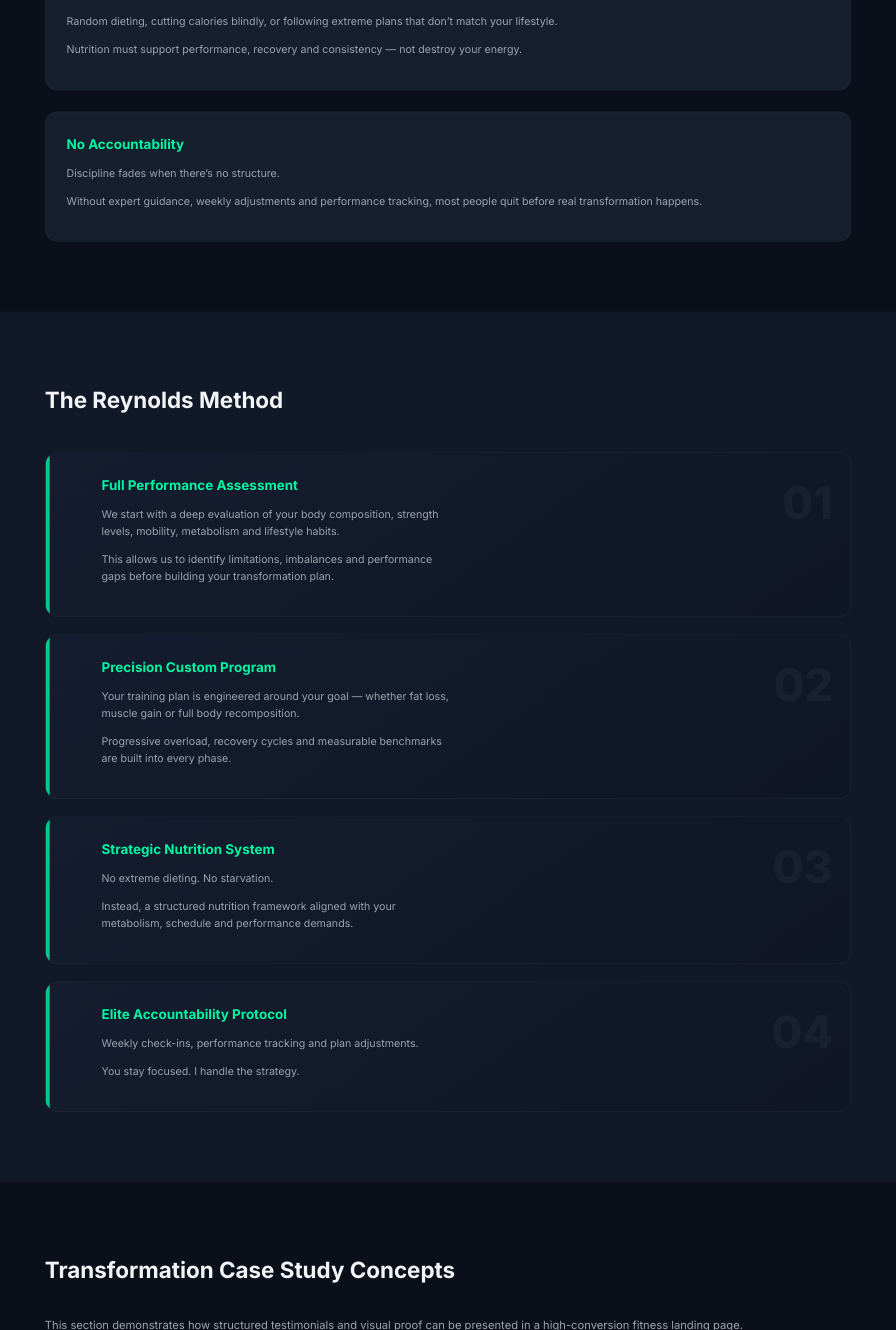
Repository: davidfsillva/Landing-page-pro
Page: index.html
An editor plug-in stored every save of this project. The page is shown before and after a run of saves, followed by the edit.
The browser window is 1280 px wide. The pictures show the part of the page from y = 1226 to 3126 px (the page is 6380 px tall before and 5344 px after), at 70% of full size.
A picture or video elsewhere on the page could not be fetched, so the positions and the page height are approximate.

Above is the page before, as saved 2026-02-26 17:11:54.
Not found: img/athlete-3.webp

### index.html
<!DOCTYPE html>
<html lang="en">
<head>
    <!-- ================= BASIC META ================= -->
    <meta charset="UTF-8">
    <meta name="viewport" content="width=device-width, initial-scale=1.0, maximum-scale=5.0">
    <meta name="robots" content="index, follow">
    <link rel="canonical" href="https://www.lucasreynolds.com">

    <!-- ================= SEO ================= -->
    <title>Lucas Reynolds | Elite Personal Trainer</title>
    <meta name="description" content="Elite personal training focused on fat loss, muscle building and peak performance. Customized programs, strategic nutrition and real accountability. Book your free fitness consultation today.">

    <!-- ================= OPEN GRAPH ================= -->
    <meta property="og:title" content="Lucas Reynolds | Transform Your Body in 90 Days">
    <meta property="og:description" content="Personalized training programs with proven results. Limited spots available.">
    <meta property="og:type" content="website">
    <meta property="og:image" content="https://placehold.co/1200x630/0B1020/00FF99?text=LUCAS+REYNOLDS">
    <meta property="og:url" content="https://www.lucasreynolds.com">
    <meta name="twitter:card" content="summary_large_image">

    <!-- FONTS -->
    <link rel="preconnect" href="https://fonts.googleapis.com">
    <link href="https://fonts.googleapis.com/css2?family=Inter:wght@300;400;600;700;800&display=swap" rel="stylesheet">

    <link rel="stylesheet" href="style.css">
</head>

<body>

<header class="header">
  <div class="container header-flex">
      <div class="logo">LUCAS REYNOLDS</div>

      <button class="menu-toggle" id="menuToggle">☰</button>

      <nav class="nav" id="nav">
        <a href="#home">Home</a>
        <a href="#about">About</a>
        <a href="#method">Method</a>
        <a href="#results">Results</a>
        <a href="#contact" class="nav-cta">Book Call</a>
      </nav>
  </div>
</header>

<main>

<!-- HERO -->
<section id="home" class="hero">
    <div class="hero-overlay"></div>

    <div class="container hero-grid">

        <div class="hero-content">
            <div class="hero-badge">
                Trusted by 320+ Clients Worldwide
            </div>

            <h1>
                BUILD YOUR ELITE BODY
                <span>IN 90 DAYS.</span>
            </h1>

            <p>
                High-performance coaching for ambitious men who want visible results,
                structured training and real accountability.
            </p>

            <div class="hero-buttons">
                <a href="#contact" class="btn btn-primary">
                    Book Free Strategy Call
                </a>
            </div>

            <div class="hero-proof">
                <div>
                    <strong>320+</strong>
                    <small>Transformations</small>
                </div>

                <div>
                    <strong>8+ Years</strong>
                    <small>Experience</small>
                </div>
            </div>
        </div>

    </div>
</section>

<!-- ABOUT -->
<section id="about" class="section">
    <div class="container">
        <h2>Why Most People Fail</h2>

        <div class="grid-3">

            <div class="card">
                <h3>Generic Workouts</h3>
                <p>
                    Most programs are copied from the internet and built for everyone —
                    which means they’re built for no one.
                </p>
                <p>
                    Without personalization, your body doesn’t respond the way it should.
                    Progress slows. Motivation drops.
                </p>
            </div>

            <div class="card">
                <h3>Poor Nutrition</h3>
                <p>
                    Random dieting, cutting calories blindly, or following extreme plans
                    that don’t match your lifestyle.
                </p>
                <p>
                    Nutrition must support performance, recovery and consistency —
                    not destroy your energy.
                </p>
            </div>

            <div class="card">
                <h3>No Accountability</h3>
                <p>
                    Discipline fades when there’s no structure.
                </p>
                <p>
                    Without expert guidance, weekly adjustments and performance tracking,
                    most people quit before real transformation happens.
                </p>
            </div>

        </div>
    </div>
</section>

<!-- METHOD -->
<section id="method" class="section section-dark">
    <div class="container">
        <h2>The Reynolds Method</h2>

        <div class="method-list">

            <div class="method-item" data-step="01">
                <strong>Full Performance Assessment</strong>
                <p>
                    We start with a deep evaluation of your body composition,
                    strength levels, mobility, metabolism and lifestyle habits.
                </p>
                <p>
                    This allows us to identify limitations, imbalances and
                    performance gaps before building your transformation plan.
                </p>
            </div>

            <div class="method-item" data-step="02">
                <strong>Precision Custom Program</strong>
                <p>
                    Your training plan is engineered around your goal —
                    whether fat loss, muscle gain or full body recomposition.
                </p>
                <p>
                    Progressive overload, recovery cycles and measurable benchmarks
                    are built into every phase.
                </p>
            </div>

            <div class="method-item" data-step="03">
                <strong>Strategic Nutrition System</strong>
                <p>
                    No extreme dieting. No starvation.
                </p>
                <p>
                    Instead, a structured nutrition framework aligned with your
                    metabolism, schedule and performance demands.
                </p>
            </div>

            <div class="method-item" data-step="04">
                <strong>Elite Accountability Protocol</strong>
                <p>
                    Weekly check-ins, performance tracking and plan adjustments.
                </p>
                <p>
                    You stay focused. I handle the strategy.
                </p>
            </div>

        </div>
    </div>
</section>

<!-- RESULTS -->
<section id="results" class="section">
    <div class="container">
        <h2>Transformation Case Study Concepts</h2>

        <p class="portfolio-note">
            This section demonstrates how structured testimonials and visual proof
            can be presented in a high-conversion fitness landing page.
        </p>

        <div class="grid-3">

            <div class="testimonial">
                <img src="img/athlete-1.webp" alt="Fitness transformation concept">
                <p>
                    "In 16 weeks, I rebuilt my discipline, improved body composition
                    and achieved measurable strength gains."
                </p>
                <span>Sample Testimonial Layout | Fat Loss Concept</span>
            </div>

            <div class="testimonial">
                <img src="img/athlete-2.webp" alt="Fitness coaching concept">
                <p>
                    "The structured program and weekly check-ins created
                    consistent progress and long-term sustainability."
                </p>
                <span>Sample Testimonial Layout | Body Recomposition Concept</span>
            </div>

            <div class="testimonial">
                <img src="img/athlete-3.webp" alt="Elite fitness result concept">
                <p>
                    "Clear metrics, personalized programming and accountability
                    transformed both performance and confidence."
                </p>
                <span>Sample Testimonial Layout | Performance Concept</span>
            </div>

        </div>
    </div>
</section>

<!-- LIMITED SPOTS -->
<section class="section section-dark urgency">
    <div class="container">
        <h2>Limited Coaching Spots Available</h2>
        <p>
            I work with a limited number of clients to ensure maximum attention and results.
            Applications close once spots are filled.
        </p>
        <a href="#contact" class="btn btn-primary">Apply Now</a>
    </div>
</section>

<!-- CONTACT -->
<section id="contact" class="section cta">
    <div class="container">
        <h2>Book Your Free Strategy Call</h2>

        <form class="form">
            <input type="text" placeholder="Full Name" required>
            <input type="email" placeholder="Email Address" required>
            <input type="tel" placeholder="Phone Number" required>

            <button type="submit" class="btn btn-primary">
                Schedule My Call
            </button>
        </form>
    </div>
</section>

</main>

<footer class="footer">
    <div class="container">
        <p>© 2026 Lucas Reynolds Performance. All rights reserved.</p>
    </div>
</footer>

<script src="script.js"></script>
</body>
</html>

### style.css
* {
    margin: 0;
    padding: 0;
    box-sizing: border-box;
}

:root {
    --bg: #0B0F1A;
    --bg-dark: #111827;
    --card: #161F2E;

    --text: #F3F4F6;
    --muted: #9CA3AF;

    --accent: #00F5A0;

    --radius: 18px;
}

body {
    font-family: 'Inter', sans-serif;
    background: var(--bg);
    color: var(--muted);
    line-height: 1.6;
}

.container {
    width: 90%;
    max-width: 1200px;
    margin: auto;
}

.section {
    padding: 100px 0;
}

.section-dark {
    background: var(--bg-dark);
}

h1, h2, h3 {
    color: var(--text);
}

.hero h1 {
    font-size: clamp(2rem, 4vw, 3rem);
}

h1 span {
    color: var(--accent);
}

h2 {
    font-size: 2rem;
    margin-bottom: 40px;
}

p {
    margin: 15px 0;
}

.btn {
    display: inline-block;
    padding: 15px 35px;
    border-radius: 50px;
    font-weight: 600;
    text-decoration: none;
    transition: 0.3s ease;
}

.btn-primary {
    background: var(--accent);
    color: #000;
}

.btn-primary:hover {
    transform: translateY(-3px);
}

/* HEADER */
.header {
    position: fixed;
    width: 100%;
    background: rgba(11,15,26,0.9);
    backdrop-filter: blur(8px);
    padding: 20px 0;
    z-index: 1000;
}

.header-flex {
    display: flex;
    justify-content: space-between;
    align-items: center;
}

.logo {
    font-weight: 800;
    color: var(--accent);
}

.nav {
    display: flex;
    gap: 30px;
}

.nav a {
    color: var(--muted);
    text-decoration: none;
}

.nav a:hover {
    color: var(--accent);
}

.menu-toggle {
    display: none;
    background: none;
    border: none;
    color: var(--accent);
    font-size: 1.5rem;
}

/* HERO */
.hero {
    height: 100vh;
    display: flex;
    align-items: center;
    background: url('img/pexels-ardit-mbrati-216809103-18187618.jpg') center right/cover no-repeat;
    position: relative;
    padding-top: 80px;
}

.hero-overlay {
    position: absolute;
    inset: 0;
    background: linear-gradient(270deg, rgba(11, 15, 26, 0.116), rgb(11, 15, 26));
}

.hero-grid {
    position: relative;
}
.hero-content {
    max-width: 600px;
    padding-left: 2px;

}

.hero-badge {
    background: rgba(0,245,160,0.1);
    color: var(--accent);
    padding: 8px 16px;
    border-radius: 50px;
    display: inline-block;
    margin-bottom: 20px;
}

.hero-proof {
    display: flex;
    gap: 40px;
    margin-top: 30px;
}

.hero-proof strong {
    color: var(--accent);
    font-size: 1.5rem;
    display: block;
}

/* ===============================
   ABOUT SECTION UPGRADE
=================================*/

#about {
    text-align: center;
}

#about h2 {
    margin-bottom: 60px;
    position: relative;
}

#about h2::after {
    content: "";
    width: 60px;
    height: 3px;
    background: var(--accent);
    display: block;
    margin: 18px auto 0;
    border-radius: 3px;
}

/* GRID */
.grid-3 {
    display: grid;
    gap: 35px;
}

/* CARD ESTILO PROBLEMA */
.card {
    position: relative;
    background: linear-gradient(145deg, #121A2B, #0E1524);
    padding: 40px 30px;
    border-radius: 20px;
    border: 1px solid rgba(255,255,255,0.04);
    transition: 0.35s ease;
    text-align: left;
    overflow: hidden;
}



/* Hover mais forte */
.card:hover {
    transform: translateY(-10px);
    border-color: var(--accent);
    box-shadow: 0 25px 60px -20px var(--accent);
}

.card h3 {
    color: var(--accent);
    font-size: 1.2rem;
    margin-bottom: 15px;
}

.card p {
    font-size: 0.95rem;
    color: var(--muted);
    line-height: 1.6;
}



/* ===============================
   METHOD SECTION IMPROVED
=================================*/

.method-list {
    display: grid;
    gap: 30px;
    margin-top: 50px;
}

.method-item {
    position: relative;
    background: linear-gradient(145deg, #141C2F, #0F1625);
    padding: 30px 35px 30px 80px;
    border-radius: 18px;
    border: 1px solid rgba(255,255,255,0.05);
    transition: 0.35s ease;
    overflow: hidden;
}

/* Linha lateral de destaque */
.method-item::before {
    content: "";
    position: absolute;
    left: 0;
    top: 0;
    height: 100%;
    width: 6px;
    background: var(--accent);
    opacity: 0.8;
}

/* Número grande no fundo */
.method-item::after {
    content: attr(data-step);
    position: absolute;
    right: 25px;
    top: 20px;
    font-size: 4rem;
    font-weight: 800;
    color: rgba(255,255,255,0.04);
}

/* Hover sofisticado */
.method-item:hover {
    transform: translateY(-8px);
    border-color: var(--accent);
    box-shadow: 0 20px 50px -15px rgba(0,245,160,0.25);
}

.method-item strong {
    display: block;
    font-size: 1.2rem;
    color: var(--text);
    margin-bottom: 10px;
}

.method-item p {
    font-size: 0.95rem;
    color: var(--muted);
    max-width: 500px;
}



/* CARDS */
.grid-3 {
    display: grid;
    gap: 30px;
}

.card, .testimonial {
    background: var(--card);
    padding: 30px;
    border-radius: var(--radius);
}

.method-list {
    display: grid;
    gap: 25px;
}

.method-item strong {
    color: var(--accent);
}

.testimonial img {
    width: 100%;
    border-radius: 12px;
    margin-bottom: 20px;
}

.testimonial p {
    font-size: 0.95rem;
    line-height: 1.6;
}

.testimonial span {
    display: block;
    margin-top: 15px;
    font-weight: 600;
    color: var(--accent);
}

/* FORM */
.form {
    display: grid;
    gap: 20px;
    max-width: 500px;
}

.form input {
    padding: 15px;
    border-radius: 10px;
    border: none;
}

/* ===============================
   CTA CLEAN HIGH-END
=================================*/

.cta {
    background: #0E1428;
    padding: 120px 0;
    text-align: center;
    border-top: 1px solid rgba(255,255,255,0.05);
    border-bottom: 1px solid rgba(255,255,255,0.05);
}

.cta h2 {
    font-size: clamp(2rem, 4vw, 2.6rem);
    margin-bottom: 20px;
}

.cta p {
    max-width: 600px;
    margin: 0 auto 50px auto;
    font-size: 1rem;
    color: var(--muted);
}

/* FORM INLINE PREMIUM */
.form {
    max-width: 900px;
    margin: 0 auto;
    display: grid;
    grid-template-columns: repeat(4, 1fr);
    gap: 15px;
}

/* INPUTS */
.form input {
    padding: 16px 18px;
    border-radius: 12px;
    border: 1px solid rgba(255,255,255,0.08);
    background: #111827;
    color: var(--text);
    font-size: 0.95rem;
    transition: 0.3s ease;
}

.form input::placeholder {
    color: rgba(255,255,255,0.4);
}

.form input:focus {
    border-color: var(--accent);
    box-shadow: 0 0 0 3px rgba(0,245,160,0.12);
    outline: none;
}

/* BOTÃO */
.form button {
    border-radius: 12px;
    font-weight: 700;
}

/* RESPONSIVO */
@media (max-width: 900px) {
    .form {
        grid-template-columns: 1fr;
    }
}

/* FOOTER */
.footer {
    padding: 40px 0;
    text-align: center;
    background: #05070E;
}

/* RESPONSIVE */

@media (max-width: 768px) {
    .nav {
        display: none;
        flex-direction: column;
        background: var(--bg-dark);
        position: absolute;
        top: 70px;
        right: 0;
        padding: 20px;
    }

    .nav.active {
        display: flex;
    }

    .menu-toggle {
        display: block;
    }

    .hero-proof {
        flex-direction: column;
    }


    .method-list {
        grid-template-columns: repeat(2, 1fr);
    }

    .grid-3 {
        grid-template-columns: 1fr;
    }

    .method-list {
        grid-template-columns: 1fr;

    }


}

### script.js
(function () {
  "use strict";

  /* =====================================================
     1. MENU RESPONSIVO COM ACESSIBILIDADE
  ===================================================== */
  const menuToggle = document.getElementById("menuToggle");
  const navMenu = document.getElementById("navMenu");

  if (menuToggle && navMenu) {
    menuToggle.addEventListener("click", () => {
      const isActive = navMenu.classList.toggle("active");

      // Atualiza aria-expanded para acessibilidade
      menuToggle.setAttribute("aria-expanded", isActive);

      // Impede scroll do body quando menu aberto
      document.body.style.overflow = isActive ? "hidden" : "auto";
    });

    // Fecha menu ao clicar em link
    document.querySelectorAll(".nav-menu a").forEach(link => {
      link.addEventListener("click", () => {
        navMenu.classList.remove("active");
        menuToggle.setAttribute("aria-expanded", "false");
        document.body.style.overflow = "auto";
      });
    });
  }

  /* =====================================================
     2. SCROLL SUAVE COM OFFSET DO HEADER
  ===================================================== */
  const header = document.querySelector("header");

  document.querySelectorAll('a[href^="#"]').forEach(anchor => {
    anchor.addEventListener("click", function (e) {
      const targetId = this.getAttribute("href");
      if (targetId === "#") return;

      const target = document.querySelector(targetId);
      if (!target) return;

      e.preventDefault();

      const headerHeight = header ? header.offsetHeight : 0;
      const elementPosition = target.getBoundingClientRect().top + window.scrollY;
      const offsetPosition = elementPosition - headerHeight - 10;

      window.scrollTo({
        top: offsetPosition,
        behavior: "smooth"
      });
    });
  });

  /* =====================================================
     3. REVEAL ON SCROLL (OTIMIZADO)
  ===================================================== */
  const reveals = document.querySelectorAll(".reveal");

  if ("IntersectionObserver" in window) {
    const revealObserver = new IntersectionObserver((entries, observer) => {
      entries.forEach(entry => {
        if (entry.isIntersecting) {
          entry.target.classList.add("active");
          observer.unobserve(entry.target);
        }
      });
    }, {
      threshold: 0.15,
      rootMargin: "0px 0px -40px 0px"
    });

    reveals.forEach(el => revealObserver.observe(el));
  } else {
    // Fallback simples
    reveals.forEach(el => el.classList.add("active"));
  }

  /* =====================================================
     4. CONTADOR ANIMADO
  ===================================================== */
  const counter = document.querySelector(".counter-number");

  if (counter) {
    const target = parseInt(counter.dataset.target, 10);
    let current = 0;
    const duration = 1500;
    const startTime = performance.now();

    const animateCounter = (timestamp) => {
      const progress = Math.min((timestamp - startTime) / duration, 1);
      current = Math.floor(progress * target);
      counter.textContent = current.toLocaleString("pt-BR");

      if (progress < 1) {
        requestAnimationFrame(animateCounter);
      } else {
        counter.textContent = target.toLocaleString("pt-BR");
      }
    };

    const counterObserver = new IntersectionObserver(entries => {
      if (entries[0].isIntersecting) {
        requestAnimationFrame(animateCounter);
        counterObserver.disconnect();
      }
    }, { threshold: 0.6 });

    counterObserver.observe(counter);
  }

  /* =====================================================
     5. VALIDAÇÃO AVANÇADA + REDIRECIONAMENTO WHATSAPP
  ===================================================== */
  const form = document.getElementById("leadForm");
  const feedback = document.getElementById("formFeedback");

  if (form && feedback) {
    form.addEventListener("submit", function (e) {
      e.preventDefault();

      const nome = document.getElementById("nome").value.trim();
      const email = document.getElementById("email").value.trim();
      const telefone = document.getElementById("telefone").value.trim();
      const telDigits = telefone.replace(/\D/g, "");

      // Reset visual
      feedback.style.color = "#ff4d4d";
      feedback.textContent = "";

      /* ===== Validações ===== */

      if (nome.length < 5 || !/\s/.test(nome)) {
        feedback.textContent = "Digite nome e sobrenome corretamente.";
        return;
      }

      const emailRegex = /^[^\s@]+@[^\s@]+\.[^\s@]+$/;
      if (!emailRegex.test(email)) {
        feedback.textContent = "Digite um e-mail válido.";
        return;
      }

      if (telDigits.length < 10 || telDigits.length > 11) {
        feedback.textContent = "WhatsApp inválido. Use DDD + número.";
        return;
      }

      /* ===== Sucesso ===== */
      feedback.style.color = "#00FF99";
      feedback.textContent = "Redirecionando para o WhatsApp...";

      /* ===== Disparo de Pixel ===== */

      // Meta Pixel
      if (typeof fbq === "function") {
        fbq("track", "Lead");
      }

      // Google Ads (exemplo)
      if (typeof gtag === "function") {
        gtag("event", "conversion", {
          event_category: "Lead",
          event_label: "Form Landing"
        });
      }

      /* ===== Redirecionamento WhatsApp ===== */

      const numeroPersonal = "5511999999999"; // ⚠️ ALTERE AQUI
      const mensagem = encodeURIComponent(
        `Olá! Me chamo ${nome}.\nQuero agendar minha avaliação gratuita.\nE-mail: ${email}`
      );

      setTimeout(() => {
        window.location.href = `https://wa.me/${numeroPersonal}?text=${mensagem}`;
      }, 1200);
    });
  }

})();

After the next 2 saves:
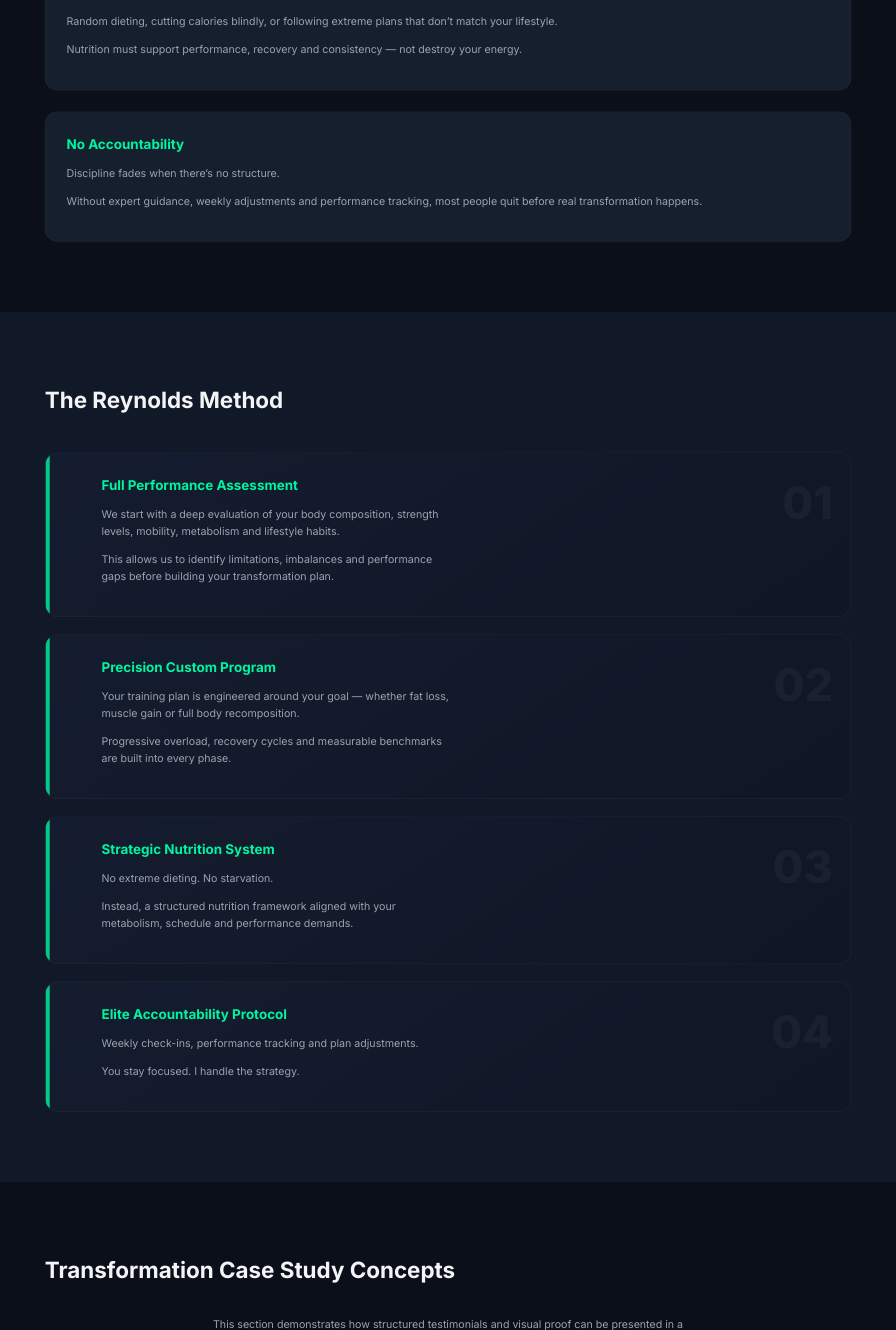
The 2 saves are shown as one change because they came seconds apart.
The last was saved 13 s later.
--- a/style.css
+++ b/style.css
@@ -316,15 +316,12 @@ p {
     color: var(--accent);
 }
 
-.testimonial img {
-    width: 100%;
-    border-radius: 12px;
-    margin-bottom: 20px;
-}
-
-.testimonial p {
+.portfolio-note {
+    max-width: 700px;
+    margin: 0 auto 50px auto;
+    text-align: center;
+    color: var(--muted);
     font-size: 0.95rem;
-    line-height: 1.6;
 }
 
 .testimonial span {
